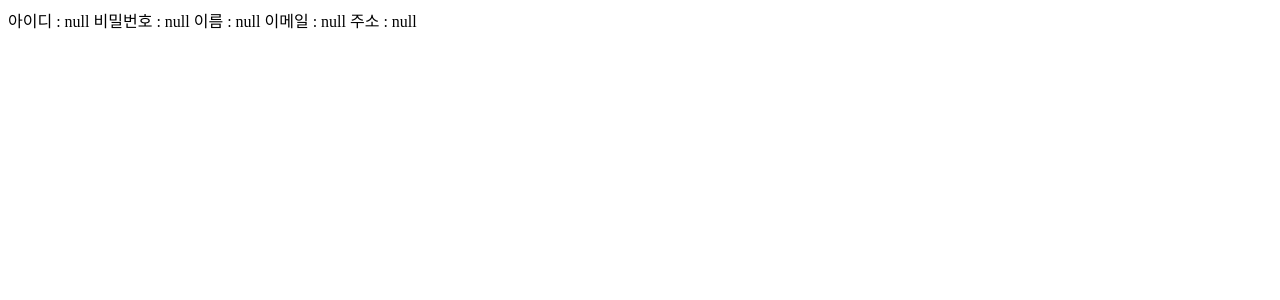
Repository: coolSummer1119/study
Page: http://localhost/ch03_Jsp/ch16_javaBeans/byAction/processJoining.jsp
The author's editor kept a copy of each file at every save. The page is drawn from the files as they stood at one save, then again after the next save.
The browser window is 1280 px wide. The pictures show the whole page.
The page is served by Tomcat 9. Other server files are loaded and not shown.

Above is the page before, as saved 2024-04-29 05:50:21.

### workspace/ch03_Jsp/src/main/webapp/ch16_javaBeans/byAction/processJoining.jsp
<%@ page language="java" contentType="text/html; charset=UTF-8"
    pageEncoding="UTF-8"%>
<%
	//전송된 데이터 인코딩 타입 지정
	request.setCharacterEncoding("utf-8");

%>
<%--import시켜서 하지 말고 꼭 풀네임 명시 + 단독태그형태--%>
<jsp:useBean id="member" class="kr.web.member.MemberVO"/>
<%--
useBean의 id와 setProperty의 명을 일치 시키기
property 에 *을 넣으면 모든 프로 퍼티
--%>
<jsp:setProperty name="member" property="*"/>
<!DOCTYPE html>
<html>
<head>
<meta charset="UTF-8">
<title>회원가입</title>
</head>
<body>
아이디 : <jsp:getProperty property="id" name="member"/>
비밀번호 : <jsp:getProperty property="password" name="member"/>
이름 : <jsp:getProperty property="name" name="member"/>
이메일 : <jsp:getProperty property="email" name="member"/>
주소 : <jsp:getProperty property="address" name="member"/>
</body>
</html>

### workspace/ch03_Jsp/src/main/java/kr/web/member/MemberVO.java
package kr.web.member;

//VO(Value Object), 자바빈 : 데이터 베이스 연동시 데이터를 관리하는 객체
public class MemberVO {
	//멤버 변수 (프로퍼티)
	private String id;
	private String password;
	private String name;
	private String email;
	private String address;

	public String getId() {
		return id;
	}
	public void setId(String id) {
		this.id = id;
	}
	public String getPassword() {
		return password;
	}
	public void setPassword(String password) {
		this.password = password;
	}
	public String getName() {
		return name;
	}
	public void setName(String name) {
		this.name = name;
	}
	public String getEmail() {
		return email;
	}
	public void setEmail(String email) {
		this.email = email;
	}
	public String getAddress() {
		return address;
	}
	public void setAddress(String address) {
		this.address = address;
	}


}

After the next save:
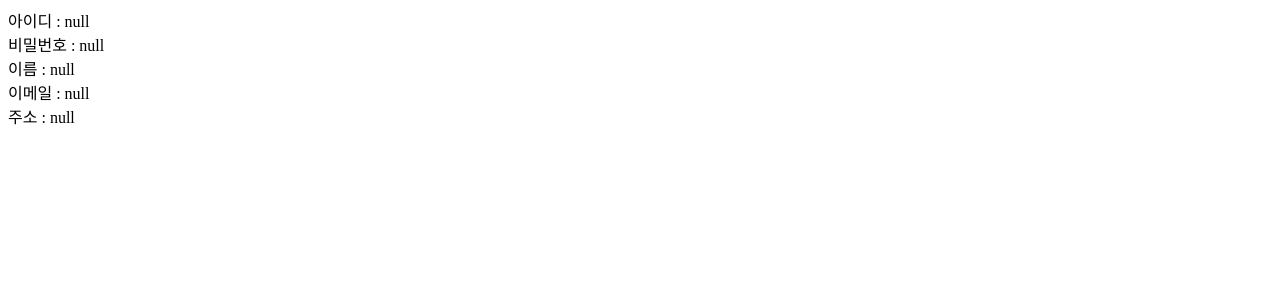
Saved 10 s later.
--- a/workspace/ch03_Jsp/src/main/webapp/ch16_javaBeans/byAction/processJoining.jsp
+++ b/workspace/ch03_Jsp/src/main/webapp/ch16_javaBeans/byAction/processJoining.jsp
@@ -19,10 +19,10 @@ property 에 *을 넣으면 모든 프로 퍼티
 <title>회원가입</title>
 </head>
 <body>
-아이디 : <jsp:getProperty property="id" name="member"/>
-비밀번호 : <jsp:getProperty property="password" name="member"/>
-이름 : <jsp:getProperty property="name" name="member"/>
-이메일 : <jsp:getProperty property="email" name="member"/>
+아이디 : <jsp:getProperty property="id" name="member"/><br>
+비밀번호 : <jsp:getProperty property="password" name="member"/><br>
+이름 : <jsp:getProperty property="name" name="member"/><br>
+이메일 : <jsp:getProperty property="email" name="member"/><br>
 주소 : <jsp:getProperty property="address" name="member"/>
 </body>
 </html>
